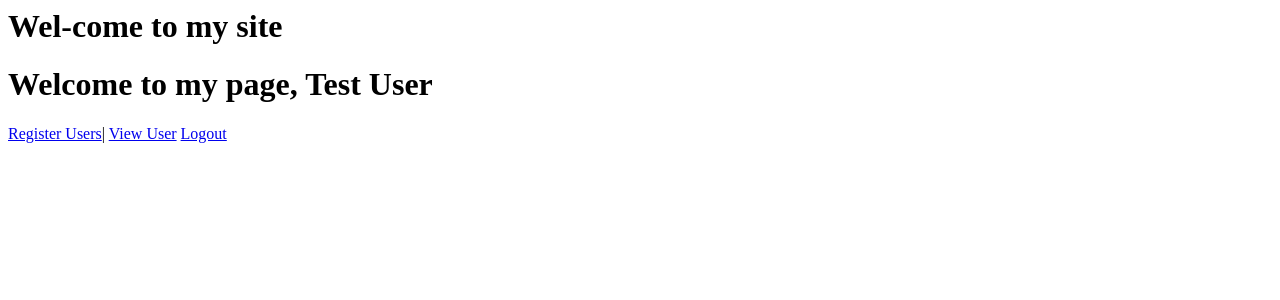
Repository: rajesh2058/2024JAVA
Page: http://localhost/hello/day6home.jsp
The author's editor kept a copy of each file at every save. The page is drawn from the files as they stood at one save, then again after the next save.
The browser window is 1280 px wide. The pictures show the whole page.
The page is served by Tomcat 9. The session is filled in as if someone had signed in: {"NAME": "Test User"}.

Above is the page before, as saved 2024-12-05 17:04:52.

After the next save:
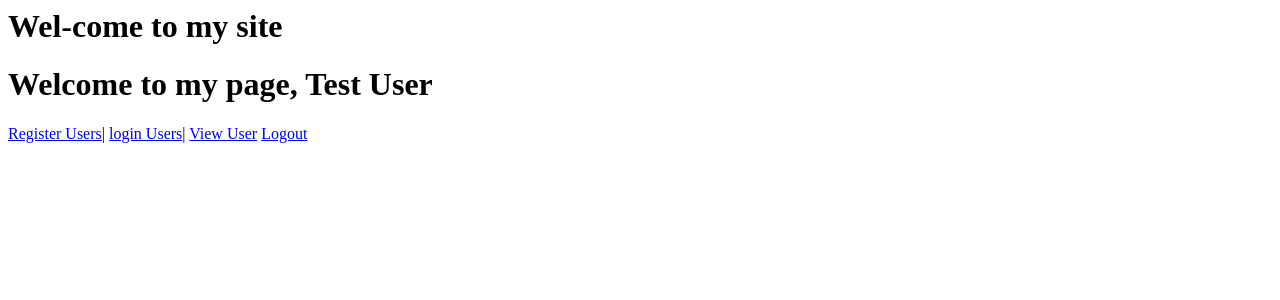
Saved 8 min 24 s later.
--- a/JSP/hello/src/main/webapp/day6home.jsp
+++ b/JSP/hello/src/main/webapp/day6home.jsp
@@ -2,5 +2,6 @@
 
 <h1>Welcome to my page, <%= name %></h1>
 <a href="day6register.jsp">Register Users</a>|
+<a href="day6login.jsp">login Users</a>|
 <a href="day6userview.jsp">View User</a>
 <a href="logout.jsp">Logout</a>

After the save that followed:
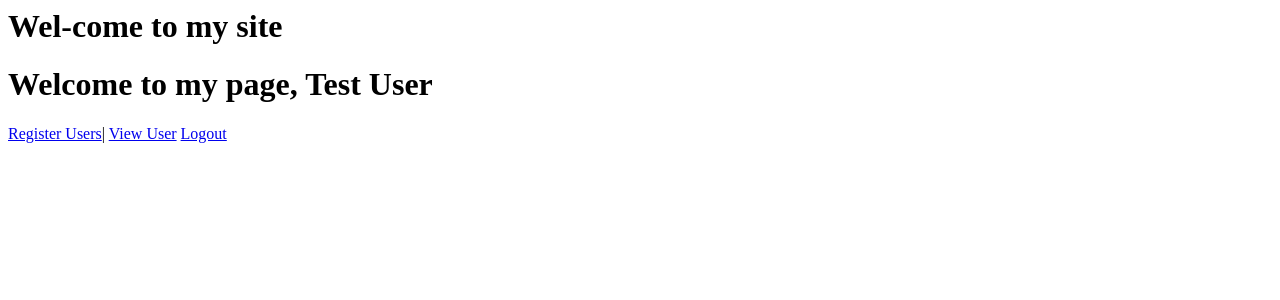
Saved 90 s later.
--- a/JSP/hello/src/main/webapp/day6home.jsp
+++ b/JSP/hello/src/main/webapp/day6home.jsp
@@ -2,6 +2,6 @@
 
 <h1>Welcome to my page, <%= name %></h1>
 <a href="day6register.jsp">Register Users</a>|
-<a href="day6login.jsp">login Users</a>|
+
 <a href="day6userview.jsp">View User</a>
 <a href="logout.jsp">Logout</a>
